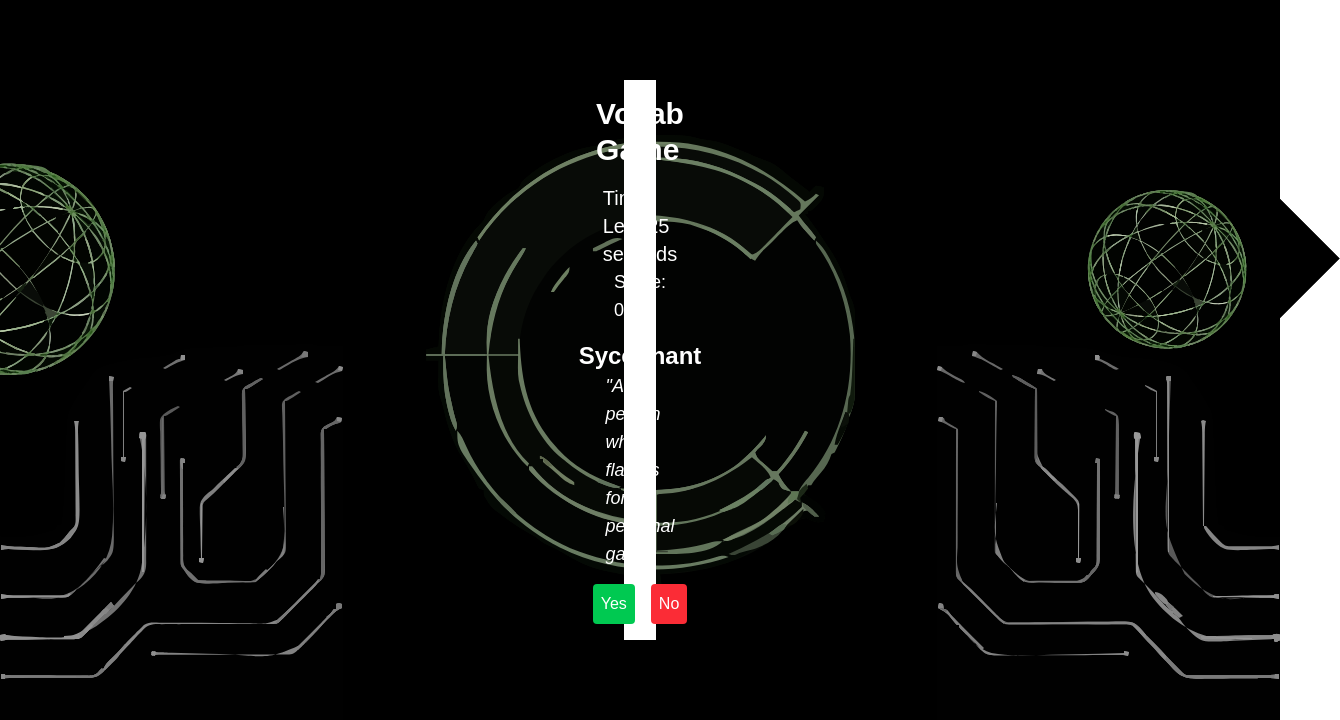
Repository: oxniw/bio-vocab
Page: /game
An editor plug-in stored every save of this project. The page is shown before and after the next save, followed by the edit.
The browser window is 1280 px wide. The page is 1340 px wide, so the pictures cover 1340 px, including what lies to the right of the window. The pictures show the whole page.
The project was rebuilt for these pictures with package versions that can differ from the ones it lists, and the page was loaded fresh each time. The framework's server and built-in components were replaced by stand-ins that run in the browser. Also part of the build but not shown: next.config.ts.

Above is the page before, as saved 2025-04-03 22:25:57.

### src/app/game/page.jsx
'use client';

import { useState, useEffect } from 'react';
import Image from 'next/image';
const words = [
  { word: 'Ephemeral', definition: 'Lasting a very short time' },
  { word: 'Tenacious', definition: 'Holding fast; persistent' },
  { word: 'Ineffable', definition: 'Too great to be expressed in words' },
  { word: 'Sycophant', definition: 'A person who flatters for personal gain' },
  { word: 'Pernicious', definition: 'Having a harmful effect' }
];

export default function VocabGame() {
  const [currentWord, setCurrentWord] = useState('');
  const [currentDef, setCurrentDef] = useState('');
  const [score, setScore] = useState(0);
  const [timeLeft, setTimeLeft] = useState(30);
  const [gameOver, setGameOver] = useState(false);

  useEffect(() => {
    startGame();
  }, []);

  useEffect(() => {
    if (timeLeft > 0) {
      const timer = setTimeout(() => setTimeLeft(timeLeft - 1), 1000);
      return () => clearTimeout(timer);
    } else {
      setGameOver(true);
    }
  }, [timeLeft]);

  function getNewWord() {
    const wordObj = words[Math.floor(Math.random() * words.length)];
    const useCorrectDef = Math.random() > 0.5;
    setCurrentWord(wordObj.word);
    setCurrentDef(useCorrectDef ? wordObj.definition : words[Math.floor(Math.random() * words.length)].definition);
  }

  function startGame() {
    setScore(0);
    setTimeLeft(30);
    setGameOver(false);
    getNewWord();
  }

  function handleAnswer(isCorrect) {
    if (!gameOver) {
      const correctDef = words.find(w => w.word === currentWord).definition === currentDef;
      setScore(prev => prev + (correctDef === isCorrect ? 1 : -1));
      getNewWord();
    }
  }

  return (
    <div className=" items-center justify-center flex bg-black h-screen overflow-hidden">
      <Image
      className="absolute top-24 -left-36 rotate-45"
      src="/com/cysphere.svg"
      alt="Next.js logo"
      width={612/2 }
      height={408/2 }
      priority
      />
      <Image
      className="absolute top-24 -right-10 rotate-45 scale-75"
      src="/com/cysphere.svg"
      alt="Next.js logo"
      width={612/2 }
      height={408/2 }
      priority
      />
      <Image
      className="absolute bottom-0 left-0 "
      src="/com/cyd3.svg"
      alt="Next.js logo"
      width={343 }
      height={411 }
      priority
      />
      <Image
      className="absolute bottom-0 right-0 "
      src="/com/cy2d.svg"
      alt="Next.js logo"
      width={343 }
      height={411 }
      priority
      />
      <Image
      className="absolute scale-125"
      src="/com/cy4d.svg"
      alt="Next.js logo"
      width={343 }
      height={411 }
      priority
      />
      <div className='w-full h-screen  flex items-center absolute text-white justify-center overflow-hidden'>
        <div className="flex-col flex items-center w-full p-4 bg-white max-w-0">
        <h1 className="text-3xl font-bold mb-4">Vocab Game</h1>
        <p className="text-xl">Time Left: {timeLeft} seconds</p>
        <p className="text-lg">Score: {score}</p>
        {gameOver ? (
          <button className="mt-4 p-2 bg-blue-500 text-white rounded" onClick={startGame}>
            Restart Game
          </button>
        ) : (
          <>
            <p className="text-2xl font-semibold mt-4">{currentWord}</p>
            <p className="text-lg italic mb-4">"{currentDef}"</p>
            <div className="flex gap-4">
              <button className="p-2 bg-green-500 text-white rounded" onClick={() => handleAnswer(true)}>
                Yes
              </button>
              <button className="p-2 bg-red-500 text-white rounded" onClick={() => handleAnswer(false)}>
                No
              </button>
            </div>
          </>
        )}
        </div>

      </div>


    </div>

  );
}

Loaded but not shown: src/app/layout.tsx (common file); src/app/globals.css (common file)

After the next save:
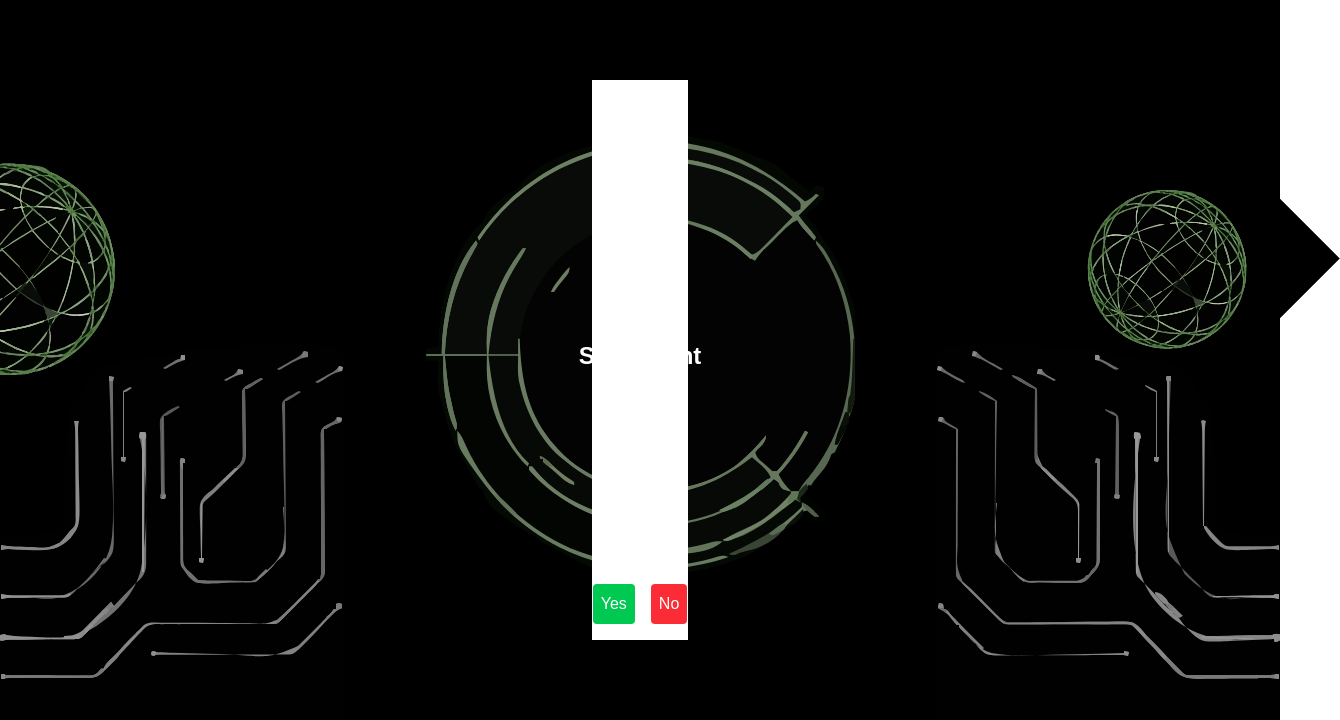
Saved 5 s later.
--- a/src/app/game/page.jsx
+++ b/src/app/game/page.jsx
@@ -95,7 +95,7 @@
       priority
       />
       <div className='w-full h-screen  flex items-center absolute text-white justify-center overflow-hidden'>
-        <div className="flex-col flex items-center w-full p-4 bg-white max-w-0">
+        <div className="flex-col flex items-center w-full p-4 bg-white max-w-24">
         <h1 className="text-3xl font-bold mb-4">Vocab Game</h1>
         <p className="text-xl">Time Left: {timeLeft} seconds</p>
         <p className="text-lg">Score: {score}</p>
